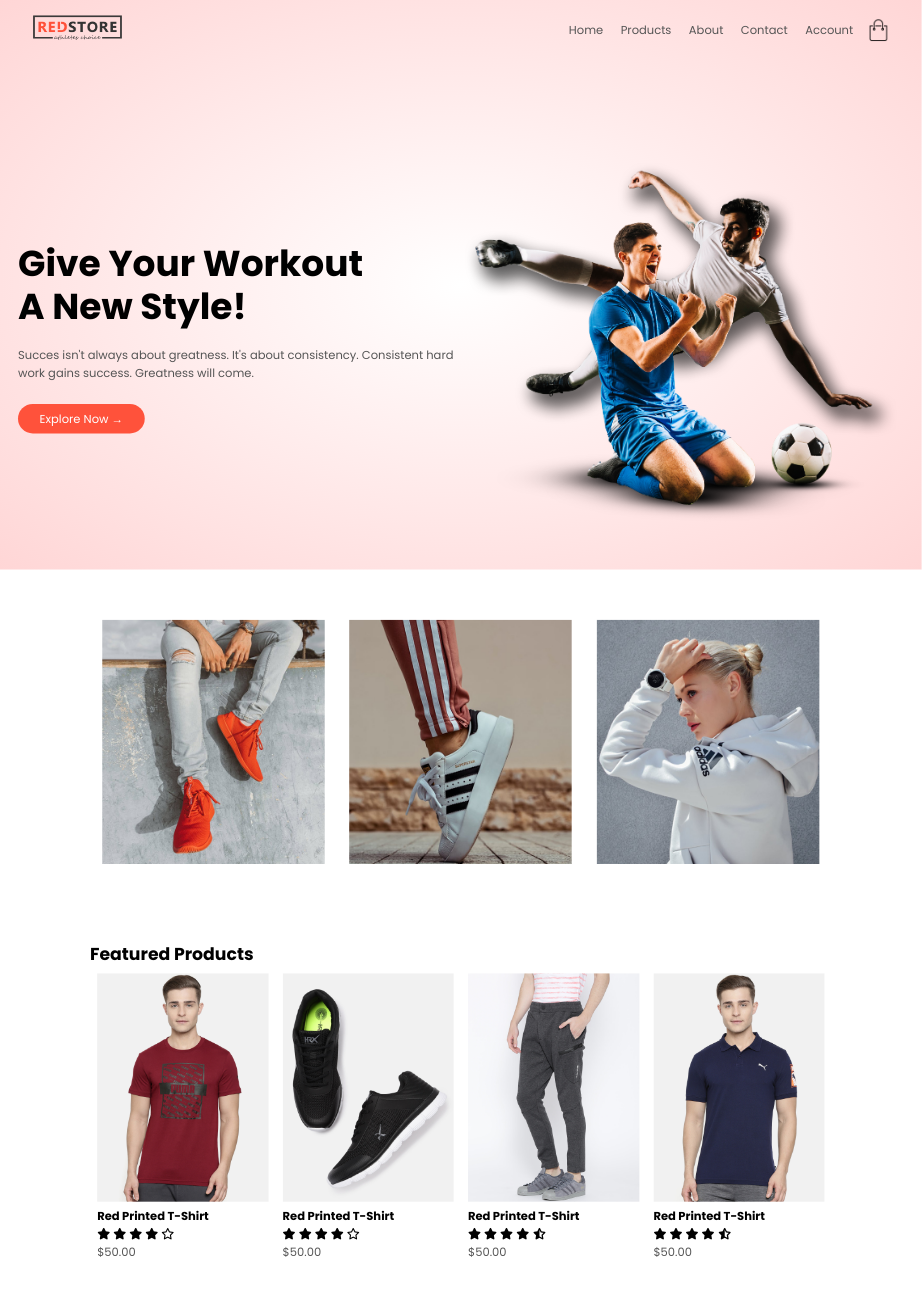
Repository: datvu1608/redsportstore
Page: index.html
An editor plug-in stored every save of this project. The page is shown before and after a run of saves, followed by the edit.
The browser window is 1280 px wide. The pictures show the whole page, at 72% of full size.

Above is the page before, as saved 2023-11-22 23:37:04.

After the next 2 saves:
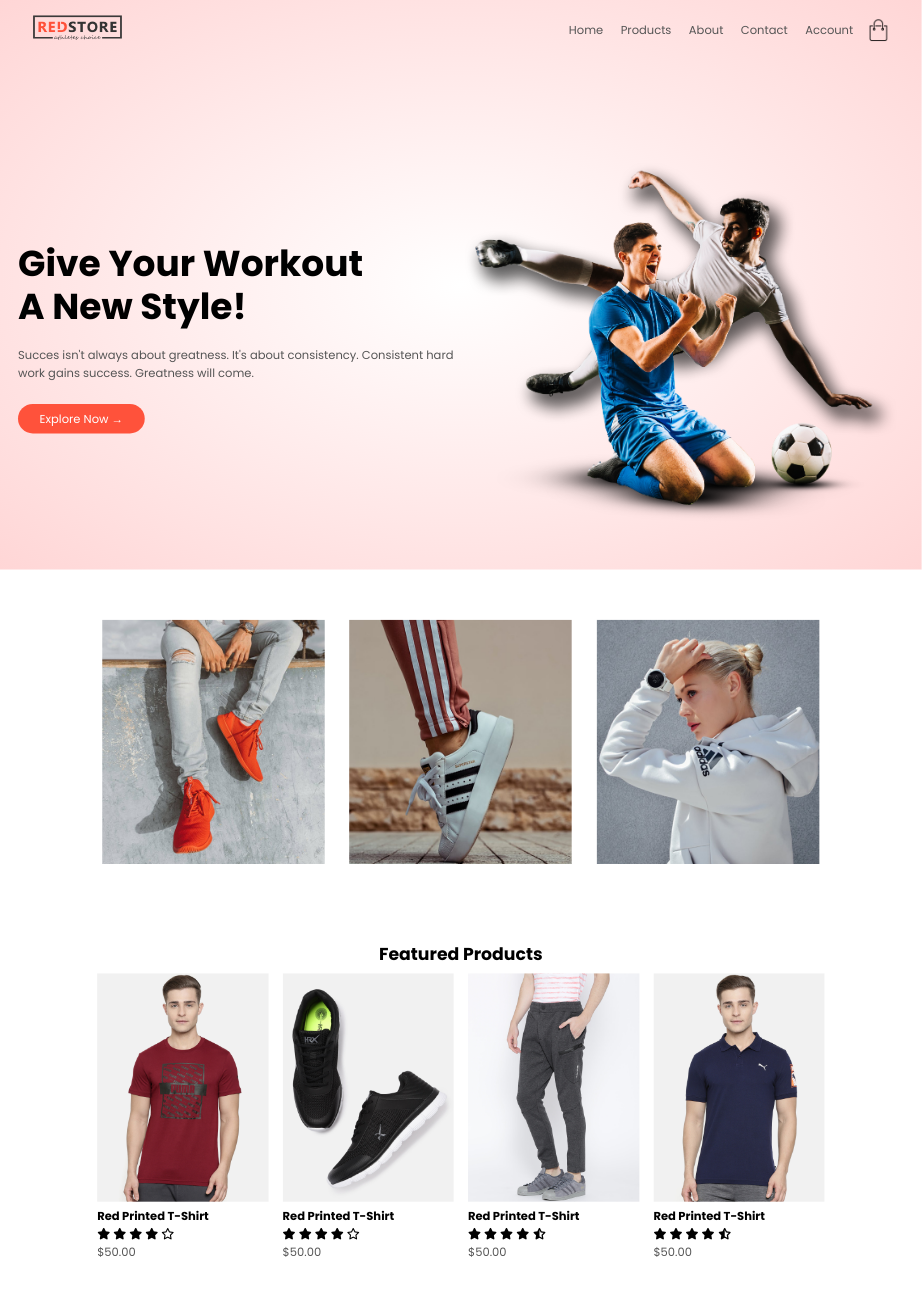
The 2 saves are shown as one change because they came seconds apart.
The last was saved 11 s later.
--- a/styles.css
+++ b/styles.css
@@ -106,5 +106,6 @@
 }
 
 .title {
-  display: block;
+  text-align: center;
+  margin: 0;
 }
